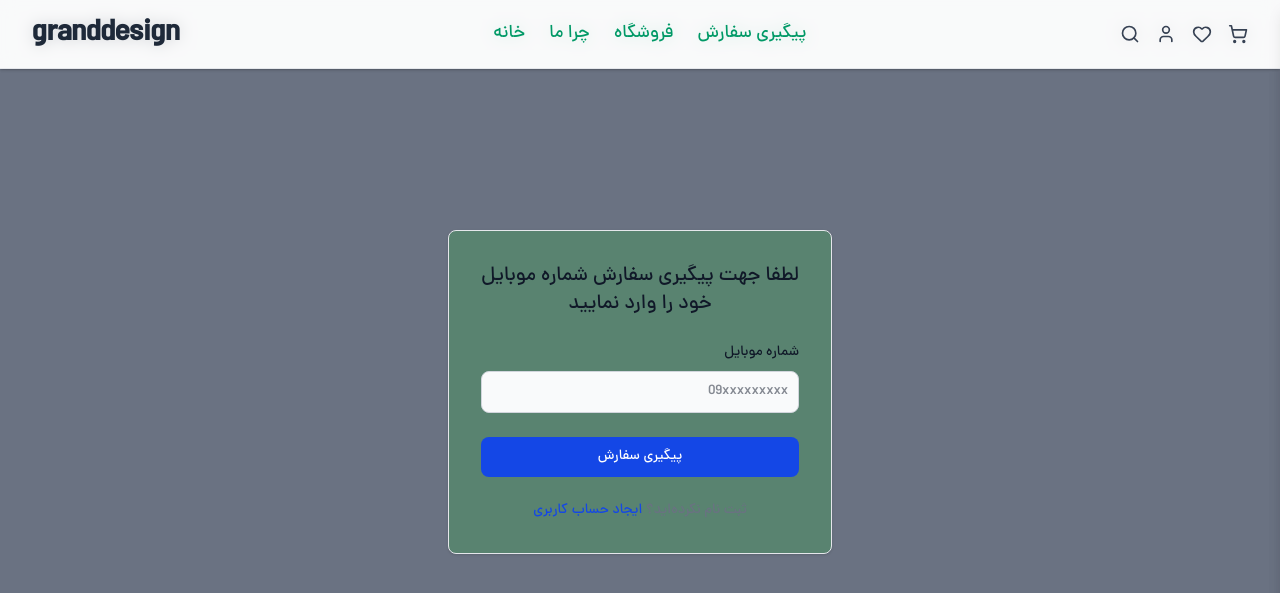
Repository: Aihan-2005/granddesign.frontend
Page: /productTracking
The author's editor kept a copy of each file at every save. The page is drawn from the files as they stood at one save, then again after the next save.
The browser window is 1280 px wide. The pictures show the whole page.
The project was rebuilt for these pictures with package versions that can differ from the ones it lists, and the page was loaded fresh each time. The framework's server and built-in components were replaced by stand-ins that run in the browser. Also part of the build but not shown: next.config.mjs, src/components/store/modal/Search.jsx, src/zustand/useAuthStore.jsx, src/components/store/modal/Login.jsx, src/components/store/modal/CartModal.jsx, src/components/store/modal/FavoritesModal.jsx.

Above is the page before, as saved 2025-09-16 01:44:34.

After the next save:
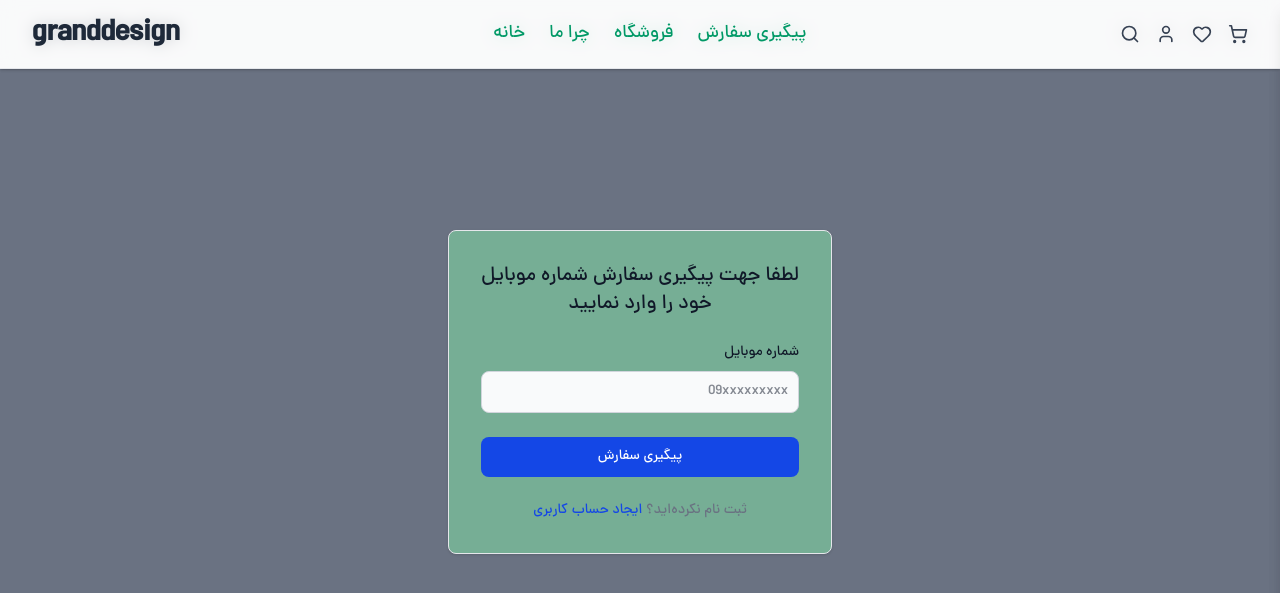
Saved 14 s later.
--- a/src/app/(fullpage)/productTracking/page.jsx
+++ b/src/app/(fullpage)/productTracking/page.jsx
@@ -6,7 +6,7 @@ export default function ProductTracking() {
             <Header />
 
             <div className="flex items-center justify-center min-h-screen pt-16">
-                <div className="w-full max-w-sm p-4 bg-[#598370] border border-gray-200 rounded-lg shadow-sm sm:p-6 md:p-8 ">
+                <div className="w-full max-w-sm p-4 bg-[#76ae95] border border-gray-200 rounded-lg shadow-sm sm:p-6 md:p-8 ">
                     <form className="space-y-6" action="#">
                         <h5 className="text-xl font-medium text-gray-900 dark:text-white text-center">
                             لطفا جهت پیگیری سفارش شماره موبایل خود را وارد نمایید
